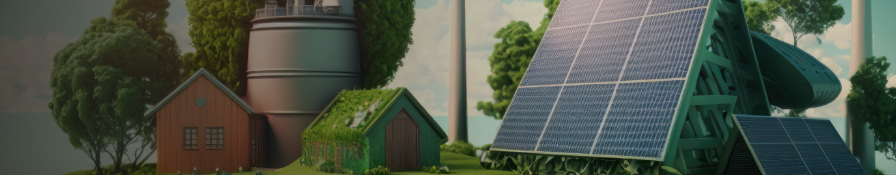
Repository: zeinawady/Solar-Company-Template
Page: index.html
These files come from the project's save history. The page is drawn as it stood at one moment and after the next save; the edit follows.
The browser window is 1280 px wide. The pictures show the part of the page from y = 470 to 2390 px (the page is 720 px tall before and 10000 px after), at 70% of full size.

Above is the page before, as saved 2024-09-17 16:58:27.

After the next save:
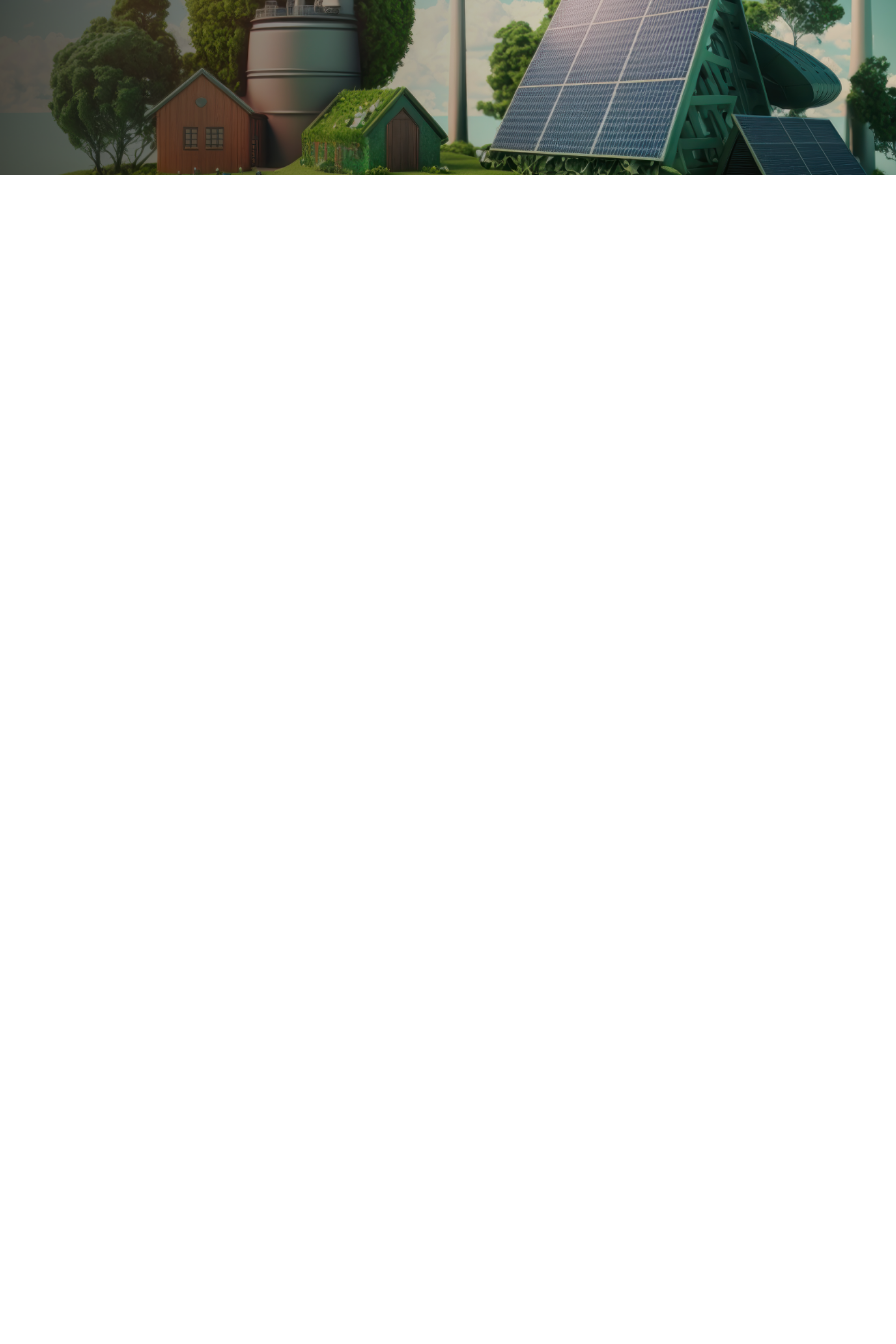
Saved 9 s later.
--- a/css/style.css
+++ b/css/style.css
@@ -108,6 +108,9 @@
 /* end header */
 
 /* start landing */
+body{
+    height: 10000px;
+}
 .landing{
     background-image: url(../images/solar-panels-meadow\ 1.png);
     background-size: cover;

After the save that followed:
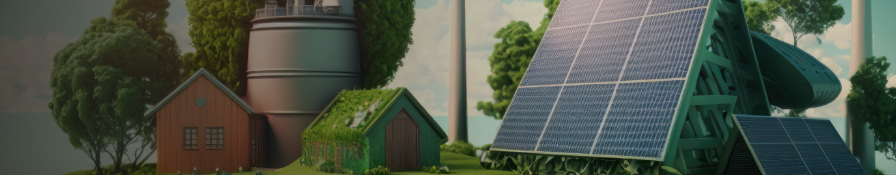
Saved 8 s later.
--- a/css/style.css
+++ b/css/style.css
@@ -108,9 +108,7 @@
 /* end header */
 
 /* start landing */
-body{
-    height: 10000px;
-}
+
 .landing{
     background-image: url(../images/solar-panels-meadow\ 1.png);
     background-size: cover;
